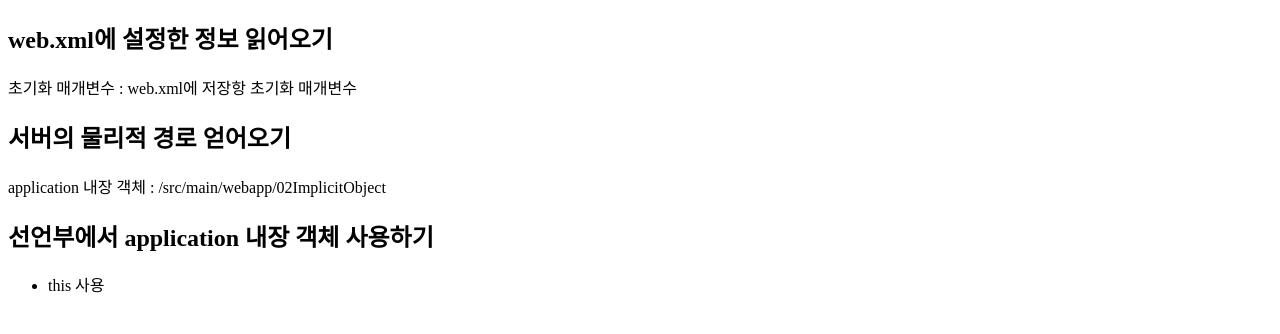
Repository: achul1026/jspStudy
Page: http://localhost/MustHaveJSP/02ImplicitObject/ApplicationMain.jsp
These files come from the project's save history. The page is drawn as it stood at one moment and after the next save; the edit follows.
The browser window is 1280 px wide. The pictures show the whole page.
The page is served by Tomcat 9.

Above is the page before, as saved 2022-09-21 13:21:26.

After the next save:
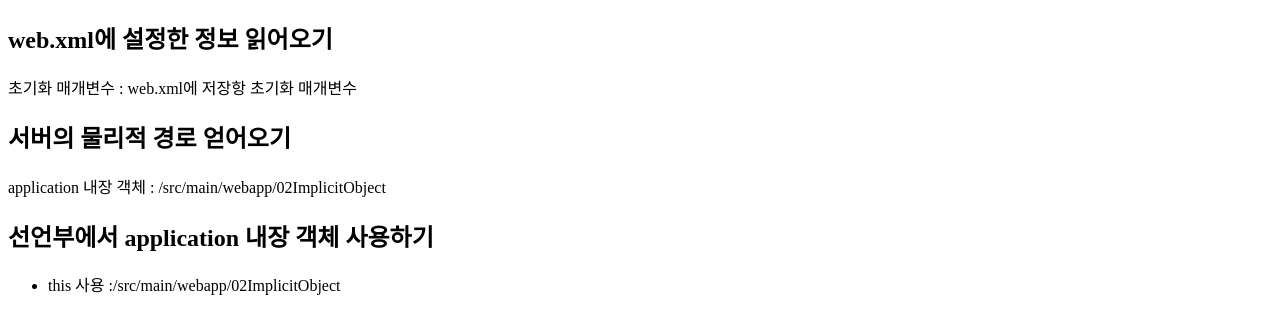
Saved 13 s later.
--- a/MustHaveJSP/src/main/webapp/02ImplicitObject/ApplicationMain.jsp
+++ b/MustHaveJSP/src/main/webapp/02ImplicitObject/ApplicationMain.jsp
@@ -22,7 +22,7 @@
 		}
 	%>
 	<ul>
-		<li>this 사용</li>
+		<li>this 사용 :<%=useImplicitObject() %></li>
 	</ul>
 </body>
 </html>
